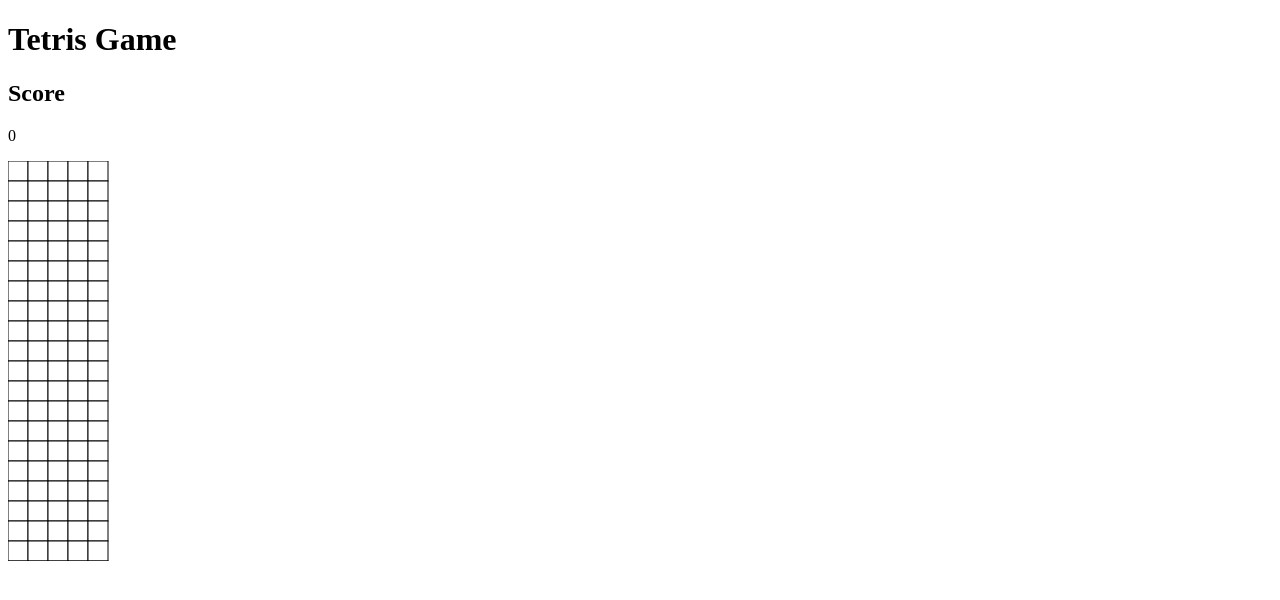
Repository: nlbien22/games
Page: Tetris/index.html
An editor plug-in stored every save of this project. The page is shown before and after the next save, followed by the edit.
The browser window is 1280 px wide. The pictures show the whole page.

Above is the page before, as saved 2024-11-14 21:49:57.

After the next save:
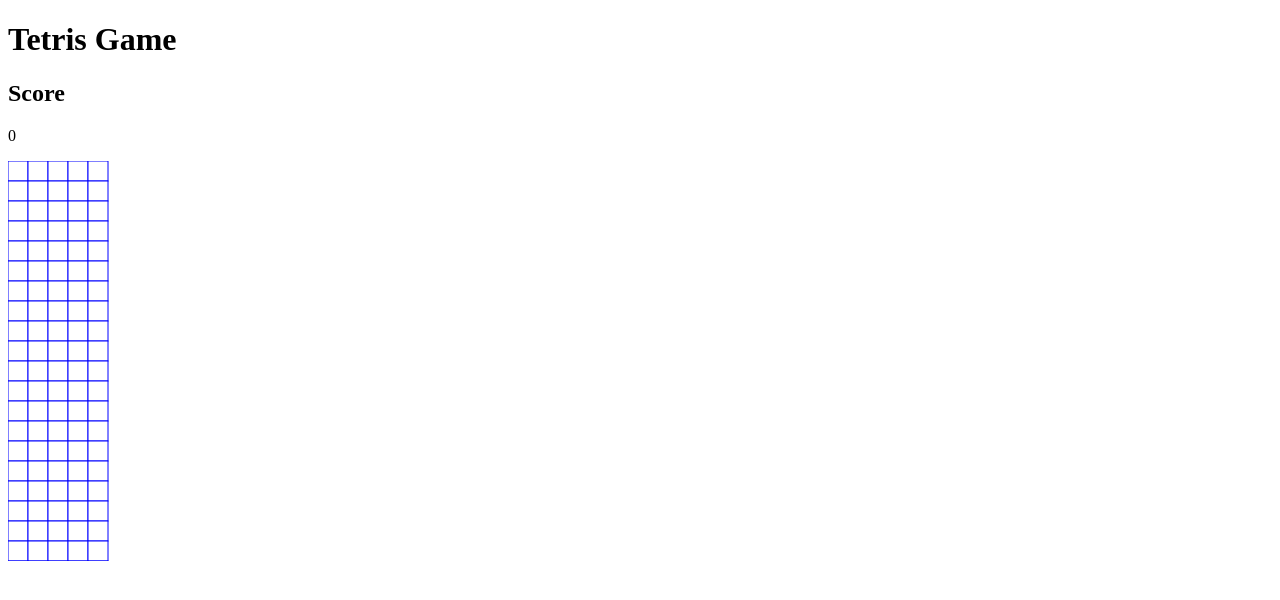
Saved 33 s later.
--- a/Tetris/script.js
+++ b/Tetris/script.js
@@ -5,15 +5,16 @@
 const COL = 5;
 const SQ = 20;
 const COLOR = 'WHITE';
+let board = [];
 
 function drawSquare(x, y, color) {
     context.fillStyle = color;
     context.fillRect(x * SQ, y * SQ, SQ, SQ);
-    context.strokeStyle = 'BLACK';
+    context.strokeStyle = 'BLUE';
     context.strokeRect(x * SQ, y * SQ, SQ, SQ);
 }
 
-let board = [];
+
 for (let r = 0; r < ROW; r++) {
     board[r] = [];
     for (let c = 0; c < COL; c++) {
